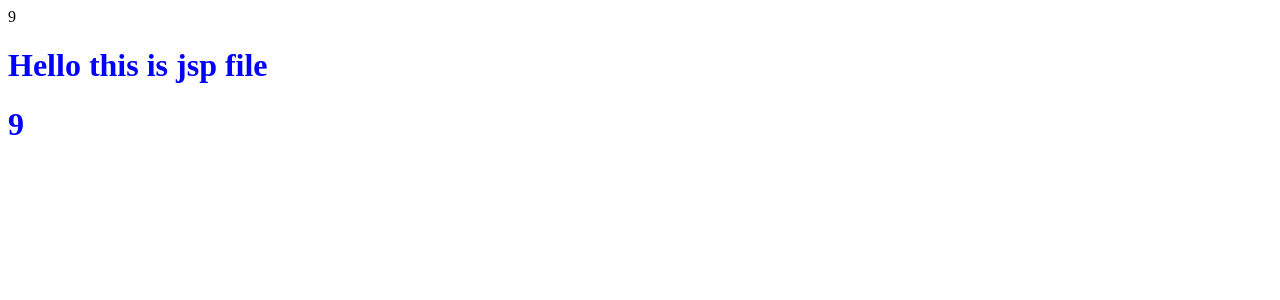
Repository: Suknaina/Repo
Page: http://localhost/jsp_demo/Sample.jsp
An editor plug-in stored every save of this project. The page is shown before and after the next save, followed by the edit.
The browser window is 1280 px wide. The pictures show the whole page.
The page is served by Tomcat 9.

Above is the page before, as saved 2023-05-19 05:22:08.

After the next save:
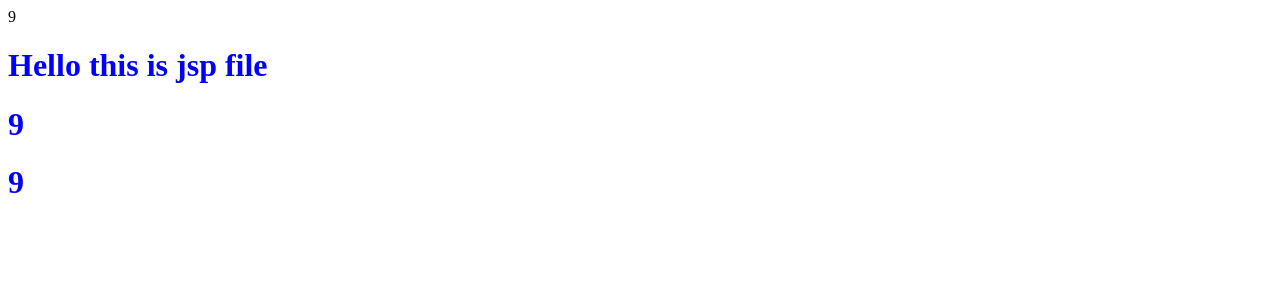
Saved 2 min 21 s later.
--- a/jsp_demo/src/main/webapp/Sample.jsp
+++ b/jsp_demo/src/main/webapp/Sample.jsp
@@ -31,6 +31,7 @@ void add()
 %>
 <% response.getWriter().print(a); %>
 <h1><%out.print(a); %></h1>
+<h1><%=a %></h1>
 
 </body>
 </html>
